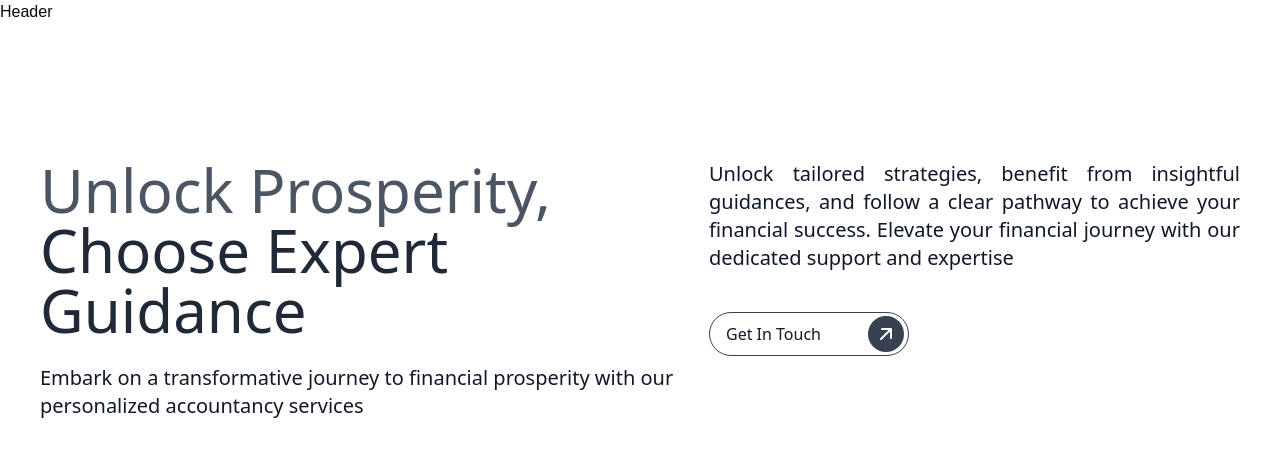
Repository: vespersolutionspk18/integrast-website
Page: /
An editor plug-in stored every save of this project. The page is shown before and after the next save, followed by the edit.
The browser window is 1280 px wide. The pictures show the whole page.
The project was rebuilt for these pictures with package versions that can differ from the ones it lists, and the page was loaded fresh each time. The framework's server and built-in components were replaced by stand-ins that run in the browser. Also part of the build but not shown: next.config.ts.

Above is the page before, as saved 2024-12-09 14:58:13.

After the next save:
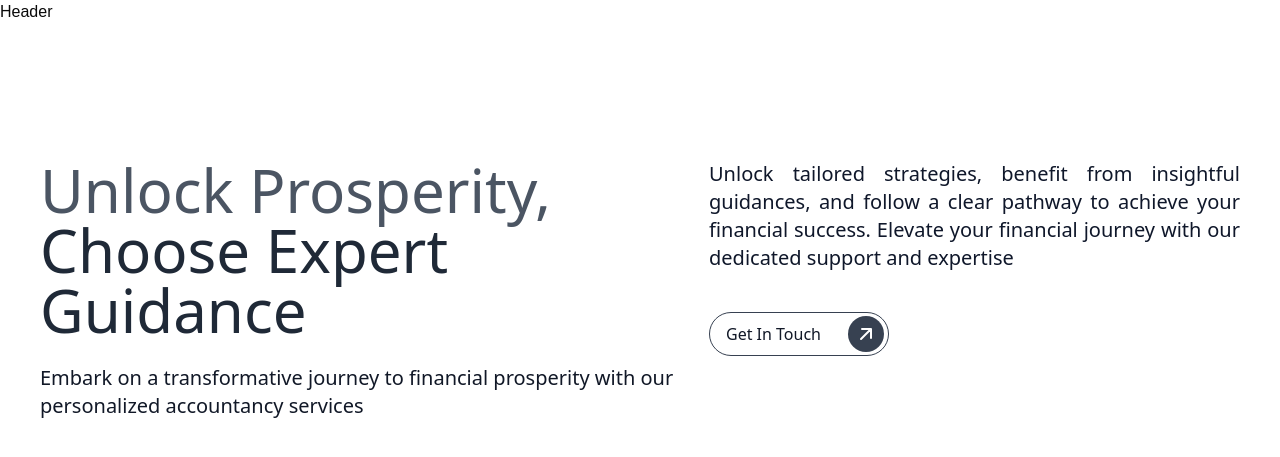
Saved 14 s later.
--- a/app/Hero.tsx
+++ b/app/Hero.tsx
@@ -13,7 +13,7 @@ const Hero = () => {
                 <div className="flex flex-row gap-5 pt-10">
                 <div>
                 <div id="button"
-  className="group  bg-white h-[44px] flex-row border-[1px] border-gray-700 text-gray-900 text-[16px] py-1 px-1 font-light rounded-full hidden md:flex items-center justify-between w-[200px] transition-width duration-500 ease-in-out  hover:w-[225px] hover:bg-gray-700 hover:border-gray-700 hover:text-white "
+  className="group  bg-white h-[44px] flex-row border-[1px] border-gray-700 text-gray-900 text-[16px] py-1 px-1 font-light rounded-full hidden md:flex items-center justify-between w-[180px] transition-width duration-500 ease-in-out  hover:w-[205px] hover:bg-gray-700 hover:border-gray-700 hover:text-white "
 
 >
   <div className="mx-3 font-sans font-regular">Get In Touch</div>
